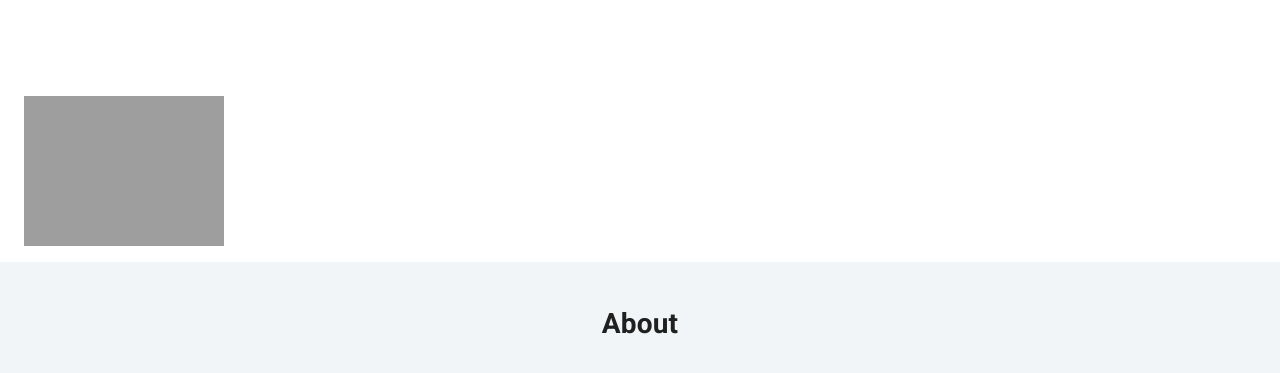
Repository: vinuvish/groundstandards_react
Page: /
These files come from the project's save history. The page is drawn as it stood at one moment and after the next save; the edit follows.
The browser window is 1280 px wide. The pictures show the whole page.
Pictures or frames that could not be fetched are drawn as grey boxes. The page's requests for data from a server got no answer. The project was rebuilt for these pictures with package versions that can differ from the ones it lists, and the page was loaded fresh each time. No one was signed in, and anything a server would have sent is missing. Also part of the build but not shown: src/pages/app/NotFoundPage.tsx, src/pages/app/SignUpPage.tsx, src/pages/app/AboutPage.tsx, src/pages/app/OurSolutionPage.tsx, src/pages/app/OurPartnerPage.tsx, src/pages/app/ResourcePage.tsx, src/pages/app/PressPage.tsx, src/pages/app/BlockPage.tsx and 1 more.

Above is the page before, as saved 2020-11-25 22:47:37.

### public/index.html
<!DOCTYPE html>
<html lang="en">
  <head>
    <meta charset="utf-8" />
    <link rel="icon" href="%PUBLIC_URL%/favicon.png" />
    <meta name="viewport" content="width=device-width, initial-scale=1" />
    <meta name="theme-color" content="#000000" />
    <meta name="description" content="Web site created using create-react-app" />
    <link rel="apple-touch-icon" href="%PUBLIC_URL%/logo192.png" />
    <link rel="stylesheet" href="https://fonts.googleapis.com/css?family=Roboto:300,400,500,700&display=swap" />
    <link rel="stylesheet" href="https://fonts.googleapis.com/icon?family=Material+Icons" />
    <!--
      manifest.json provides metadata used when your web app is installed on a
      user's mobile device or desktop. See https://developers.google.com/web/fundamentals/web-app-manifest/
    -->
    <link rel="manifest" href="%PUBLIC_URL%/manifest.json" />
    <!--
      Notice the use of %PUBLIC_URL% in the tags above.
      It will be replaced with the URL of the `public` folder during the build.
      Only files inside the `public` folder can be referenced from the HTML.

      Unlike "/favicon.ico" or "favicon.ico", "%PUBLIC_URL%/favicon.ico" will
      work correctly both with client-side routing and a non-root public URL.
      Learn how to configure a non-root public URL by running `npm run build`.
    -->
    <title>Ground Standard</title>
  </head>
  <body>
    <noscript>You need to enable JavaScript to run this app.</noscript>
    <div id="root"></div>
    <!--
      This HTML file is a template.
      If you open it directly in the browser, you will see an empty page.

      You can add webfonts, meta tags, or analytics to this file.
      The build step will place the bundled scripts into the <body> tag.

      To begin the development, run `npm start` or `yarn start`.
      To create a production bundle, use `npm run build` or `yarn build`.
    -->
  </body>
</html>

### src/App.tsx
import { CssBaseline, MuiThemeProvider, StylesProvider } from '@material-ui/core';
import { SnackbarProvider } from 'notistack';
import React from 'react';
import { theme } from './app_utils/MuiTheme';
import AppRouterRoutes from './AppRoutes';
import { useAppStore } from './models_stores/appStore';

function App() {
  const streamAuthUser = useAppStore((state) => state.streamAuthUser);
  const streamProducts = useAppStore((state) => state.streamDocuments);
  const streamCategories = useAppStore((state) => state.streamNotifications);
  const streamUsers = useAppStore((state) => state.streamUsers);

  React.useEffect(() => {
    streamAuthUser();
    streamCategories();
    streamUsers();
    streamProducts();
  }, []); // eslint-disable-line

  return (
    <SnackbarProvider maxSnack={3} anchorOrigin={{ vertical: 'bottom', horizontal: 'right' }}>
      <MuiThemeProvider theme={theme}>
        <CssBaseline />
        <StylesProvider injectFirst>
          <AppRouterRoutes></AppRouterRoutes>
        </StylesProvider>
      </MuiThemeProvider>
    </SnackbarProvider>
  );
}

export default App;

### src/app_utils/MuiTheme.tsx
import { createMuiTheme } from '@material-ui/core/styles';
import { BreakpointOverrides } from '@material-ui/core/styles/createBreakpoints';
import { Shadows } from '@material-ui/core/styles/shadows';

declare module '@material-ui/core/styles/createBreakpoints' {
  interface BreakpointOverrides {
    xs: true;
    sm: true;
    md: true;
    lg: true;
    xl: true;
    tablet: true;
    laptop: true;
    desktop: true;
  }
}

export const theme = createMuiTheme({
  breakpoints: {
    values: { xs: 0, sm: 600, md: 960, lg: 1280, xl: 1920, tablet: 400, laptop: 900, desktop: 1200 }
  },

  shadows: Array(25).fill('none') as Shadows,

  props: {
    MuiInput: { disableUnderline: true },
    MuiButton: { disableElevation: true },
    MuiButtonBase: { disableRipple: true },
    MuiPaper: { elevation: 0 },
    MuiCard: { elevation: 0 },
    MuiDivider: { color: 'white' },
    MuiOutlinedInput: {}
  },
  overrides: {
    MuiPaper: {
      root: {
        elevation: 0
      }
    },
    MuiCard: {
      root: {
        elevation: 0
      }
    },
    MuiButton: {
      root: {
        textTransform: 'capitalize'
      }
    }
  },
  palette: {
    background: {
      default: '#F2F5F7'
    }
  }
});

export const breakpoint = {
  xs: `(min-width: 0px)`,
  sm: `(min-width: 576px)`,
  md: `(min-width: 768px)`,
  lg: `(min-width: 992px)`,
  xl: `(min-width: 1200px)`
};

### src/AppRoutes.tsx
import { Container, createStyles, Grid, makeStyles, Theme } from '@material-ui/core';
import React from 'react';
import { Route, Router, Switch } from 'react-router-dom';
import ZAppBar from './components/ZAppBar';
import ZAppBarDrawer from './components/ZAppBarDrawer';
import NotFoundPage from './pages/app/NotFoundPage';
import SignUpPage from './pages/app/SignUpPage';
import history from './app_utils/History';
import AboutPage from './pages/app/AboutPage';
import OurSolutionPage from './pages/app/OurSolutionPage';
import OurPartnerPage from './pages/app/OurPartnerPage';
import ResourcePage from './pages/app/ResourcePage';
import PressPage from './pages/app/PressPage';
import BlockPage from './pages/app/BlockPage';
import ContactPage from './pages/app/ContactPage';
import AppHomePage from './pages/app/AppHomePage';

const AppRouterRoutes = () => {
  const classes = useStyles();

  return (
    <Router history={history}>

      <ZAppBar />
      <Switch>{[AppRoutes]}</Switch>
    </Router>


  );
};


const AppRoutes = [
  <Route exact path='/' component={AppHomePage} />,
  <Route exact path='/aboutUs' component={AboutPage} />,
  <Route exact path='/signUp' component={SignUpPage} />,
  <Route exact path='/ourSolution' component={OurSolutionPage} />,
  <Route exact path='/ourPartner' component={OurPartnerPage} />,
  <Route exact path='/resource' component={ResourcePage} />,
  <Route exact path='/press' component={PressPage} />,
  <Route exact path='/blog' component={BlockPage} />,
  <Route exact path='/contact' component={ContactPage} />,
  <Route component={NotFoundPage} />
];

const useStyles = makeStyles((theme: Theme) =>
  createStyles({
    grid: {
      display: 'flex'
    },
    containerAuthenticated: {
      margin: 'auto',
      marginTop: 68,
      padding: 20,
      width: `calc(100% - 240px)`,
      [theme.breakpoints.down('md')]: {
        width: '100%'
      }
    },
    containerUnauthenticated: {}
  })
);

export default AppRouterRoutes;

### src/models_stores/appStore.ts
import { mountStoreDevtool } from 'simple-zustand-devtools';
import create from 'zustand';
import { fireAuth, fireFirestore } from '../firebase/firebase';
import { AuthUser } from '../models/AuthUserModel';
import { DocumentModel } from '../models/DocumentModel';
import { NotificationModel } from '../models/NotificationModel';

type State = {
  documents: DocumentModel[];
  streamDocuments: () => void;

  notifications: NotificationModel[];
  streamNotifications: () => void;

  users: AuthUser[];
  streamUsers: () => void;

  isInitializing?: boolean;
  authUser: AuthUser | null;
  streamAuthUser: () => void;
};

export const useAppStore = create<State>((set, get) => ({
  /* ------------------------------ NOTE AUTHUSER ----------------------------- */
  isInitializing: true,
  authUser: null,

  streamAuthUser: () => {
    fireAuth.onAuthStateChanged(async (user) => {
      if (user) {
        const query = await fireFirestore.collection('users').doc(user.uid).get();

        const authUser = AuthUser.fromFirestore(query);

        set((state) => {
          return { ...state, authUser: authUser, isInitializing: false };
        });
      } else {
        set((state) => {
          return { ...state, authUser: null, isInitializing: false };
        });
      }
    });
  },

  /* ------------------------------ NOTE Users ----------------------------- */
  users: [],

  streamUsers: () => {
    if (get().users.length === 0)
      fireFirestore.collection('users').onSnapshot((querySnapshot: firebase.firestore.QuerySnapshot<firebase.firestore.DocumentData>) => {
        let users: AuthUser[] = [];
        querySnapshot.docs.forEach((docSnapshot) => {
          const res = AuthUser.fromFirestore(docSnapshot);
          if (res) users.push(res);
        });

        set((state) => {
          return { ...state, users: users };
        });
      });
  },
  /* ------------------------------ NOTE PRODUCTS ----------------------------- */
  documents: [],

  streamDocuments: () => {
    if (get().documents.length === 0)
      fireFirestore
        .collection('documents')
        .limit(200)
        .onSnapshot((querySnapshot: firebase.firestore.QuerySnapshot<firebase.firestore.DocumentData>) => {
          let documents: DocumentModel[] = [];

          querySnapshot.docs.forEach((docSnapshot) => {
            const res = DocumentModel.fromFirestore(docSnapshot);
            if (res) documents.push(res);
          });

          set((state) => {
            return { ...state, documents: documents };
          });
        });
  },

  notifications: [],
  streamNotifications: () => {
    if (get().notifications.length === 0)
      fireFirestore.collection('notifications').onSnapshot((querySnapshot: firebase.firestore.QuerySnapshot<firebase.firestore.DocumentData>) => {
        let notifications: NotificationModel[] = [];

        querySnapshot.docs.forEach((docSnapshot) => {
          const res = NotificationModel.fromFirestore(docSnapshot);
          if (res) notifications.push(res);
        });

        set((state) => {
          return { ...state, notifications: notifications };
        });
      });
  }
}));

if (process.env.NODE_ENV === 'development') {
  mountStoreDevtool('Store', useAppStore);
}

### src/components/ZAppBar.tsx
import AppBar from '@material-ui/core/AppBar';
import Badge from '@material-ui/core/Badge';
import IconButton from '@material-ui/core/IconButton';
import Menu from '@material-ui/core/Menu';
import MenuItem from '@material-ui/core/MenuItem';
import { createStyles, makeStyles, Theme } from '@material-ui/core/styles';
import Toolbar from '@material-ui/core/Toolbar';
import Typography from '@material-ui/core/Typography';
import AccountCircle from '@material-ui/icons/AccountCircle';
import MailIcon from '@material-ui/icons/Mail';
import MenuIcon from '@material-ui/icons/Menu';
import MoreIcon from '@material-ui/icons/MoreVert';
import NotificationsIcon from '@material-ui/icons/Notifications';
import React from 'react';
import { fireFirebase } from '../firebase/firebase';
import ZAppBarDrawerTemp from './ZAppBarDrawerTemp';
import history from '../app_utils/History';

export default function ZAppBar() {
  const classes = useStyles();
  const [drawerTemporary, setDrawerTemporary] = React.useState(false);
  const [anchorEl, setAnchorEl] = React.useState<null | HTMLElement>(null);
  const [mobileMoreAnchorEl, setMobileMoreAnchorEl] = React.useState<null | HTMLElement>(null);

  const isMenuOpen = Boolean(anchorEl);
  const isMobileMenuOpen = Boolean(mobileMoreAnchorEl);

  const handleTemporaryDrawer = () => {
    setDrawerTemporary((prev) => !prev);
  };

  const handleProfileMenuOpen = (event: React.MouseEvent<HTMLElement>) => {
    setAnchorEl(event.currentTarget);
  };

  const handleMobileMenuClose = () => {
    setMobileMoreAnchorEl(null);
  };

  const handleMenuClose = () => {
    setAnchorEl(null);
    handleMobileMenuClose();
  };

  const handleMobileMenuOpen = (event: React.MouseEvent<HTMLElement>) => {
    setMobileMoreAnchorEl(event.currentTarget);
  };

  const signOut = async () => {
    await fireFirebase.auth().signOut();
    history.push('/signIn');
  };

  const menuId = 'primary-search-account-menu';
  const renderMenu = (
    <Menu
      anchorEl={anchorEl}
      anchorOrigin={{ vertical: 'top', horizontal: 'right' }}
      id={menuId}
      keepMounted
      transformOrigin={{ vertical: 'top', horizontal: 'right' }}
      open={isMenuOpen}
      onClose={handleMenuClose}
    >
      <MenuItem
        onClick={() => {
          handleMenuClose();
          signOut();
        }}
      >
        Sign Out
      </MenuItem>
    </Menu>
  );

  const mobileMenuId = 'primary-search-account-menu-mobile';
  const renderMobileMenu = (
    <Menu
      anchorEl={mobileMoreAnchorEl}
      anchorOrigin={{ vertical: 'top', horizontal: 'right' }}
      id={mobileMenuId}
      keepMounted
      transformOrigin={{ vertical: 'top', horizontal: 'right' }}
      open={isMobileMenuOpen}
      onClose={handleMobileMenuClose}
    >
      <MenuItem>
        <IconButton aria-label='show 4 new mails' color='inherit'>
          <Badge badgeContent={4} color='secondary'>
            <MailIcon />
          </Badge>
        </IconButton>
        <p>Messages</p>
      </MenuItem>
      <MenuItem>
        <IconButton aria-label='show 11 new notifications' color='inherit'>
          <Badge badgeContent={11} color='secondary'>
            <NotificationsIcon />
          </Badge>
        </IconButton>
        <p>Notifications</p>
      </MenuItem>
      <MenuItem onClick={handleProfileMenuOpen}>
        <IconButton aria-label='account of current user' aria-controls='primary-search-account-menu' aria-haspopup='true' color='inherit'>
          <AccountCircle />
        </IconButton>
        <p>Profile</p>
      </MenuItem>
    </Menu>
  );

  return (
    <div className={classes.grow}>
      <AppBar className={classes.appBar} position='fixed' elevation={2} color="inherit">
        <Toolbar className={classes.toolBar} >
          <img src="http://groundstandards.com/wp-content/uploads/GS-logo-300.png" alt="logo" className={classes.logo} />


        </Toolbar>


      </AppBar>

    </div>
  );
}

const useStyles = makeStyles((theme: Theme) =>
  createStyles({
    appBar: {
      zIndex: theme.zIndex.drawer + 1
    },
    grow: {
      flexGrow: 1
    },
    menuButton: {
      display: 'none',
      marginRight: theme.spacing(2),
      [theme.breakpoints.down('md')]: {
        display: 'flex'
      }
    },
    title: {
      display: 'block'
    },

    content: {
      flexGrow: 1,
      padding: theme.spacing(3)
    },
    sectionDesktop: {
      display: 'flex',
      [theme.breakpoints.down('md')]: {
        display: 'none'
      }
    },
    sectionMobile: {
      display: 'none',
      [theme.breakpoints.down('md')]: {
        display: 'flex'
      }
    },
    logo: {
      maxWidth: 200,
    },
    toolBar: {
      minHeight: 100,
      alignItems: 'flex-start',
      paddingTop: theme.spacing(12),
      paddingBottom: theme.spacing(2),
    }
  })
);

### src/app_utils/History.tsx
import { createBrowserHistory } from 'history';
export default createBrowserHistory({});

### src/pages/app/AppHomePage.tsx

import * as React from 'react';
import { makeStyles, Theme } from '@material-ui/core/styles';

interface Props { }

const AppHomePage: React.FC<Props> = () => {
    const classes = useStyles();
    return <div
        style={{
            display: 'flex',
            justifyContent: 'center',
            alignItems: 'center',
            height: '90vh'
        }}
    >
        <h1>About</h1>
    </div>
};

const useStyles = makeStyles((theme: Theme) => ({
    root: {}
}));

AppHomePage.defaultProps = {};

export default AppHomePage;

### src/firebase/firebase.tsx
import firebase from 'firebase/app';
import 'firebase/firestore';
import 'firebase/auth';
import 'firebase/storage';

const firebaseConfig = {
  apiKey: 'AIzaSyBWf1JYtcld5rEhou2YyANxAtl20AylP80',
  authDomain: 'groundstandards-8a1dd.firebaseapp.com',
  databaseURL: 'https://groundstandards-8a1dd.firebaseio.com',
  projectId: 'groundstandards-8a1dd',
  storageBucket: 'groundstandards-8a1dd.appspot.com',
  messagingSenderId: '137110708999',
  appId: '1:137110708999:web:ab0b42be7878425a805ba2',
  measurementId: 'G-V8H0LZB9DH'
};

if (!firebase.apps.length) firebase.initializeApp(firebaseConfig);

const firestore = firebase.firestore();
const auth = firebase.auth();

export { firebase as fireFirebase, firestore as fireFirestore, auth as fireAuth };

### src/models/AuthUserModel.ts
export class AuthUser implements IAuthUser {
  email: string;
  firstName: string;
  id: string;
  lastName: string;
  isActive: boolean;
  isAdmin: boolean;
  timestampAdded: Date;
  timestampLastLogin: Date;

  constructor(x: IAuthUser) {
    this.email = x.email;
    this.firstName = x.firstName;
    this.id = x.id;
    this.lastName = x.lastName;
    this.isActive = x.isActive;
    this.isAdmin = x.isAdmin;
    this.timestampAdded = x.timestampAdded;
    this.timestampLastLogin = x.timestampLastLogin;
  }

  static fromFirestore(doc: firebase.firestore.DocumentSnapshot<firebase.firestore.DocumentData>): AuthUser | null {
    const data = doc.data();
    if (!data) return null;

    return new AuthUser({
      email: data['email'] ?? '',
      firstName: data['firstName'] ?? '',
      id: doc.id,
      lastName: data['lastName'] ?? '',
      isActive: data['isActive'] ?? true,
      isAdmin: data['isAdmin'] ?? false,
      timestampAdded: data['timestampAdded']?.toDate() ?? new Date(),
      timestampLastLogin: data['timestampLastLogin']?.toDate() ?? new Date()
    });
  }

  getFullName(): string {
    return `${this.firstName} ${this.lastName}`;
  }
}

interface IAuthUser {
  email: string;
  firstName: string;
  id: string;
  lastName: string;
  isActive: boolean;
  isAdmin: boolean;
  timestampAdded: Date;
  timestampLastLogin: Date;
}
export interface IAuthUserRegister {
  email: string;
  firstName: string;
  lastName: string;
  password: string;
  isAdmin: boolean;
}

export interface IAuthUserUpdate {
  id: string;
  firstName: string;
  lastName: string;
  isActive: boolean;
  isAdmin: boolean;
}

### src/models/DocumentModel.ts
export class DocumentModel implements IEventModel {
  driversLicenseFront: DocumentItem | null;
  driversLicenseBack: DocumentItem | null;
  driversInsuranceCardFront: DocumentItem | null;
  driversInsuranceCardBack: DocumentItem | null;
  driversVehicleRegistrationFront: DocumentItem | null;
  driversVehicleRegistrationBack: DocumentItem | null;
  driversTaxiLimousineIdFront: DocumentItem | null;
  driversTaxiLimousineIdBack: DocumentItem | null;
  driversPicture: DocumentItem | null;
  id: string;
  uid: string;
  email: string;
  firstName: string;
  lastName: string;
  timestampCreated: Date;
  state: string;
  note: string;

  constructor(x: IEventModel) {
    {
      this.driversInsuranceCardBack = x.driversInsuranceCardBack;
      this.driversInsuranceCardFront = x.driversInsuranceCardFront;
      this.driversLicenseBack = x.driversLicenseBack;
      this.driversLicenseFront = x.driversLicenseFront;
      this.driversPicture = x.driversPicture;
      this.driversTaxiLimousineIdBack = x.driversTaxiLimousineIdBack;
      this.driversTaxiLimousineIdFront = x.driversTaxiLimousineIdFront;
      this.driversVehicleRegistrationBack = x.driversVehicleRegistrationBack;
      this.driversVehicleRegistrationFront = x.driversVehicleRegistrationFront;
      this.email = x.email;
      this.firstName = x.firstName;
      this.id = x.id;
      this.lastName = x.lastName;
      this.note = x.note;
      this.state = x.state;
      this.timestampCreated = x.timestampCreated;
      this.uid = x.uid;
    }
  }

  getFullName(): string {
    return `${this.firstName} ${this.lastName}`;
  }

  getTotalDocuments(): string {
    let totaldocuments = 0;
    if (this.driversInsuranceCardBack?.imageUrl) totaldocuments += 1;
    if (this.driversInsuranceCardFront?.imageUrl) totaldocuments += 1;
    if (this.driversLicenseBack?.imageUrl) totaldocuments += 1;
    if (this.driversLicenseFront?.imageUrl) totaldocuments += 1;
    if (this.driversTaxiLimousineIdBack?.imageUrl) totaldocuments += 1;
    if (this.driversTaxiLimousineIdFront?.imageUrl) totaldocuments += 1;
    if (this.driversVehicleRegistrationBack?.imageUrl) totaldocuments += 1;
    if (this.driversVehicleRegistrationFront?.imageUrl) totaldocuments += 1;
    if (this.driversPicture?.imageUrl) totaldocuments += 1;
    return `${totaldocuments}/9 documents`;
  }

  static fromFirestore(doc: firebase.firestore.DocumentSnapshot<firebase.firestore.DocumentData>): DocumentModel | null {
    const data = doc.data();
    if (!data) return null;
    return new DocumentModel({
      id: doc.id,
      driversInsuranceCardBack: DocumentItem.fromMap(data['driversInsuranceCardBack']),
      driversInsuranceCardFront: DocumentItem.fromMap(data['driversInsuranceCardFront']),
      driversLicenseBack: DocumentItem.fromMap(data['driversLicenseBack']),
      driversLicenseFront: DocumentItem.fromMap(data['driversLicenseFront']),
      driversPicture: DocumentItem.fromMap(data['driversPicture']),
      driversTaxiLimousineIdBack: DocumentItem.fromMap(data['driversTaxiLimousineIdBack']),
      driversTaxiLimousineIdFront: DocumentItem.fromMap(data['driversTaxiLimousineIdFront']),
      driversVehicleRegistrationBack: DocumentItem.fromMap(data['driversVehicleRegistrationBack']),
      driversVehicleRegistrationFront: DocumentItem.fromMap(data['driversVehicleRegistrationFront']),
      email: data['email'],
      firstName: data['firstName'],
      lastName: data['lastName'],
      note: data['note'],
      state: data['state'],
      timestampCreated: data['timestampCreated'].toDate() ?? new Date(),
      uid: data['uid']
    });
  }
}

interface IEventModel {
  driversLicenseFront: DocumentItem | null;
  driversLicenseBack: DocumentItem | null;
  driversInsuranceCardFront: DocumentItem | null;
  driversInsuranceCardBack: DocumentItem | null;
  driversVehicleRegistrationFront: DocumentItem | null;
  driversVehicleRegistrationBack: DocumentItem | null;
  driversTaxiLimousineIdFront: DocumentItem | null;
  driversTaxiLimousineIdBack: DocumentItem | null;
  driversPicture: DocumentItem | null;
  id: string;
  uid: string;
  email: string;
  firstName: string;
  lastName: string;
  timestampCreated: Date;
  state: string;
  note: string;
}

class DocumentItem implements IDocumentItem {
  isVerified: boolean;
  isRejected: boolean;
  imageUrl: string;
  timestampCreated: Date;

  constructor(x: IDocumentItem) {
    this.isRejected = x.isRejected;
    this.isVerified = x.isVerified;
    this.imageUrl = x.imageUrl;
    this.timestampCreated = x.timestampCreated;
  }

  toMap() {
    return {
      isVerified: this.isVerified,
      isRejected: this.isRejected,
      imageUrl: this.imageUrl,
      timestampCreated: this.timestampCreated
    };
  }

  static fromMap(map: any) {
    if (map == null) return null;

    return new DocumentItem({
      isVerified: map['isVerified'],
      isRejected: map['isRejected'],
      imageUrl: map['imageUrl'],
      timestampCreated: map['timestampCreated']?.toDate() ?? new Date()
    });
  }
}

interface IDocumentItem {
  isVerified: boolean;
  isRejected: boolean;
  imageUrl: string;
  timestampCreated: Date;
}

### src/models/NotificationModel.ts
export class NotificationModel implements IEventModel {
  body: string;
  title: string;
  linkUrl: string;
  id: string;
  timestampAdded: Date;

  constructor(x: IEventModel) {
    {
      this.id = x.id;
      this.linkUrl = x.linkUrl;
      this.body = x.body;
      this.timestampAdded = x.timestampAdded;
      this.title = x.title;
    }
  }

  static fromFirestore(doc: firebase.firestore.DocumentSnapshot<firebase.firestore.DocumentData>): NotificationModel | null {
    const data = doc.data();
    if (!data) return null;
    return new NotificationModel({
      body: data['body'] ?? '',
      id: doc.id,
      linkUrl: data['linkUrl'] ?? '',
      timestampAdded: data['timestampAdded']?.toDate() ?? Date.now(),
      title: data['title'] ?? ''
    });
  }
}

interface IEventModel {
  body: string;
  title: string;
  linkUrl: string;
  id: string;
  timestampAdded: Date;
}

Loaded but not shown: src/index.tsx (common file); src/styles/index.css (common file)

After the next save:
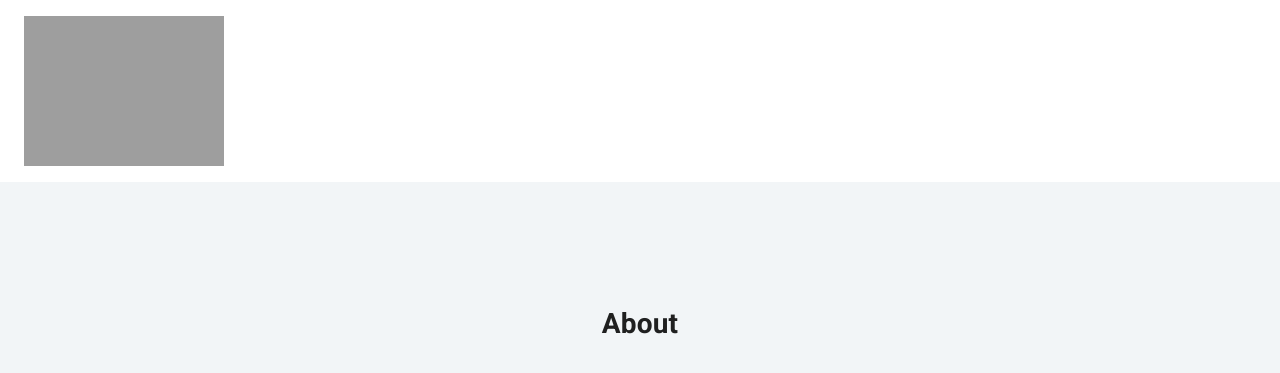
Saved 4 s later.
--- a/src/components/ZAppBar.tsx
+++ b/src/components/ZAppBar.tsx
@@ -166,7 +166,7 @@ const useStyles = makeStyles((theme: Theme) =>
     toolBar: {
       minHeight: 100,
       alignItems: 'flex-start',
-      paddingTop: theme.spacing(12),
+      paddingTop: theme.spacing(2),
       paddingBottom: theme.spacing(2),
     }
   })
